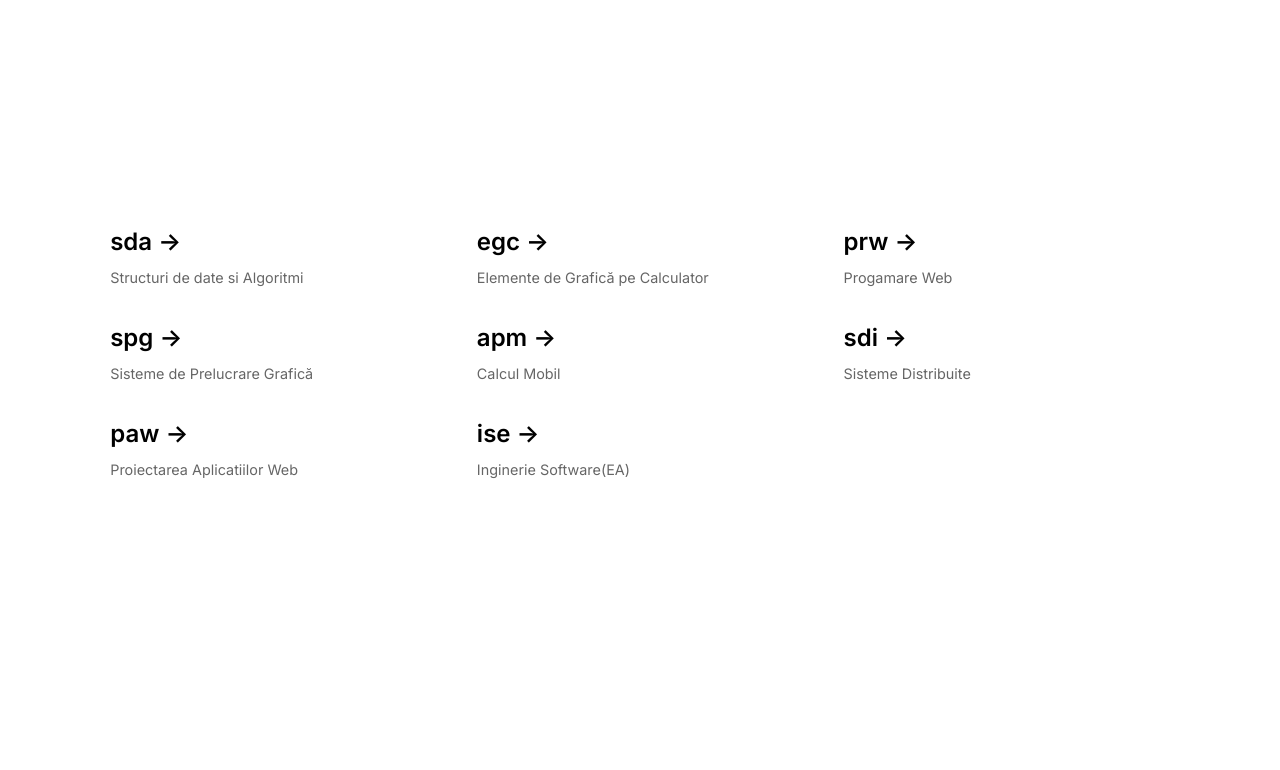
Repository: balintcristian/practica
Page: /
An editor plug-in stored every save of this project. The page is shown before and after the next save, followed by the edit.
The browser window is 1280 px wide. The pictures show the whole page.
The page's requests for data from a server got no answer. The project was rebuilt for these pictures with package versions that can differ from the ones it lists, and the page was loaded fresh each time. Some packages were replaced by stand-ins written for this rebuild. The framework's server and built-in components were replaced by stand-ins that run in the browser. No one was signed in, and anything a server would have sent is missing. Also part of the build but not shown: next.config.js, src/app/new.module.css.

Above is the page before, as saved 2023-08-30 18:11:31.

After the next save:
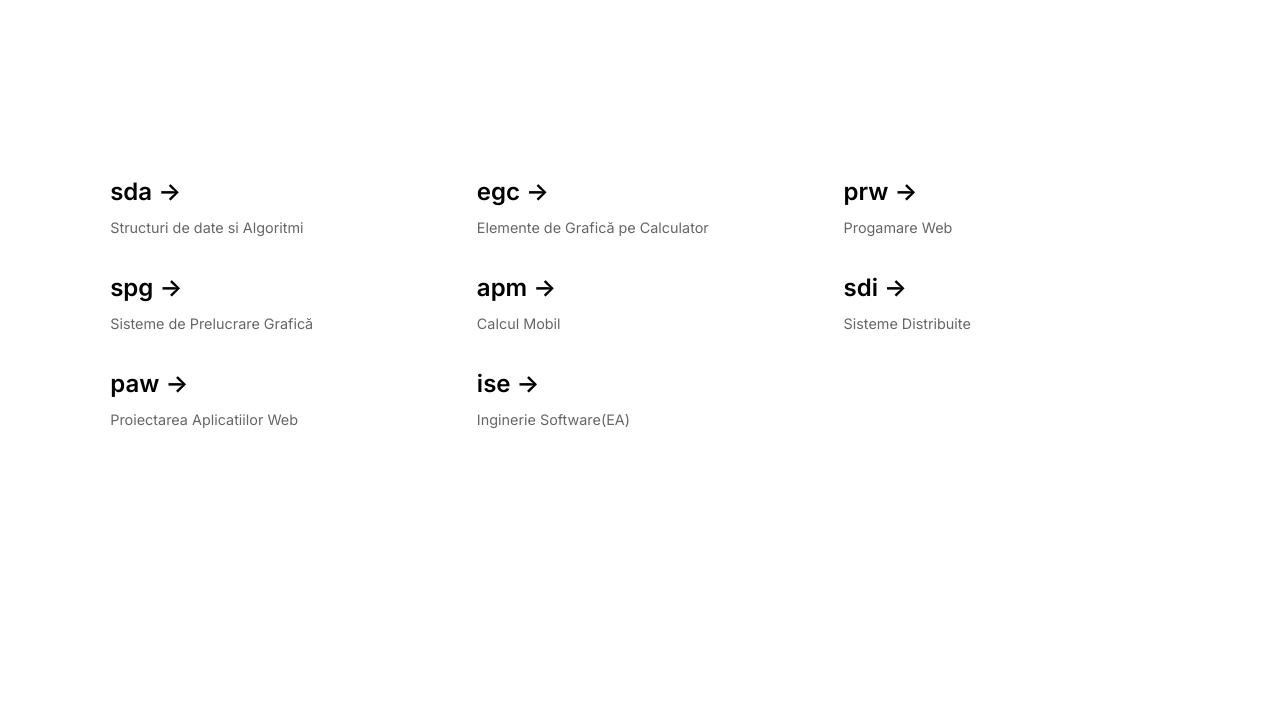
Saved 16 s later.
--- a/src/app/layout.tsx
+++ b/src/app/layout.tsx
@@ -7,7 +7,7 @@ import {
 function Header() {
   return (
     <header
-      style={{ display: "flex",paddingTop:50, justifyContent: "center" }}
+      style={{ display: "flex", justifyContent: "center" }}
     >
       <SignedIn>
         {/* Mount the UserButton component */}
